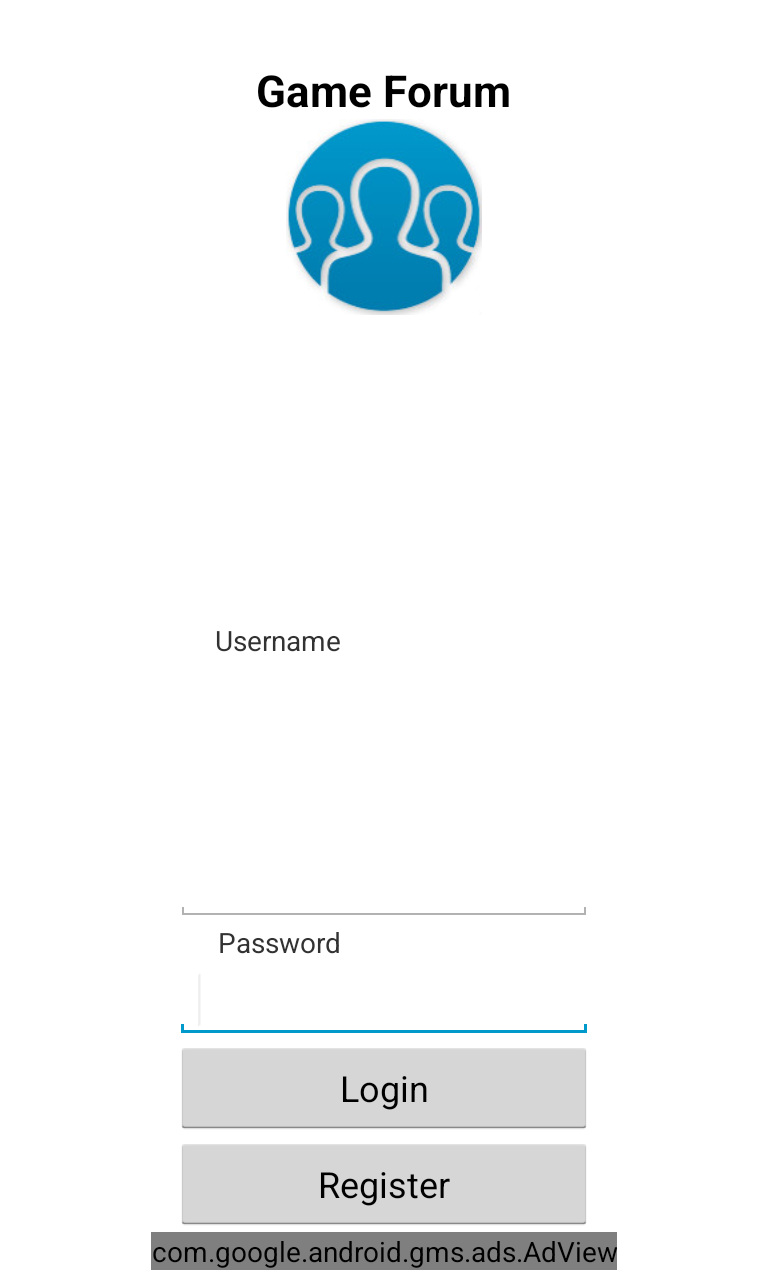
Repository: yuanpeixin/Project
Layout: GameForum/res/layout/login.xml
The author's editor kept a copy of each file at every save. The layout is drawn from the files as they stood at one save, then again after the next save.
Pictures or frames that could not be fetched are drawn as grey boxes. It is drawn on a 768 x 1280 px phone screen (xhdpi) without system bars, with theme AppTheme; the app's code is not run.

Above is the layout before, as saved 2015-10-06 07:00:40.

### GameForum/res/layout/login.xml
<?xml version="1.0" encoding="utf-8"?>
<RelativeLayout xmlns:android="http://schemas.android.com/apk/res/android"
    xmlns:ads="http://schemas.android.com/apk/res-auto"
    xmlns:tools="http://schemas.android.com/tools"
    android:layout_width="match_parent"
    android:layout_height="match_parent" >

    <com.google.android.gms.ads.AdView
        android:id="@+id/adView"
        android:layout_width="wrap_content"
        android:layout_height="wrap_content"
        android:layout_alignParentBottom="true"
        android:layout_centerHorizontal="true"
        android:layout_marginBottom="5dp"
        ads:adSize="BANNER"
        ads:adUnitId="@string/banner_ad_unit_id" >
    </com.google.android.gms.ads.AdView>

    <Button
        android:id="@+id/register"
        android:layout_width="wrap_content"
        android:layout_height="wrap_content"
        android:layout_above="@+id/adView"
        android:layout_alignLeft="@+id/login"
        android:layout_alignRight="@+id/login"
        android:text="Register" />

    <Button
        android:id="@+id/login"
        android:layout_width="wrap_content"
        android:layout_height="wrap_content"
        android:layout_above="@+id/register"
        android:layout_alignLeft="@+id/password"
        android:layout_alignRight="@+id/password"
        android:text="Login" />

    <EditText
        android:id="@+id/password"
        android:layout_width="wrap_content"
        android:layout_height="wrap_content"
        android:layout_above="@+id/login"
        android:layout_centerHorizontal="true"
        android:ems="10"
        android:inputType="textPassword" >

        <requestFocus />
    </EditText>

    <TextView
        android:id="@+id/textView2"
        android:layout_width="wrap_content"
        android:layout_height="wrap_content"
        android:layout_alignParentTop="true"
        android:layout_centerHorizontal="true"
        android:layout_marginTop="30dp"
        android:gravity="center"
        android:text="Game Forum"
        android:textAppearance="?android:attr/textAppearanceLarge"
        android:textStyle="bold" />

    <ImageView
        android:id="@+id/imageView1"
        android:layout_width="wrap_content"
        android:layout_height="wrap_content"
        android:layout_below="@+id/textView2"
        android:layout_centerHorizontal="true"
        android:src="@drawable/forum_icon" />

    <TextView
        android:id="@+id/TextView01"
        android:layout_width="wrap_content"
        android:layout_height="wrap_content"
        android:layout_above="@+id/password"
        android:layout_alignLeft="@+id/password"
        android:layout_marginLeft="22dp"
        android:text="Password" />

    <EditText
        android:id="@+id/username"
        android:layout_width="wrap_content"
        android:layout_height="wrap_content"
        android:layout_above="@+id/TextView01"
        android:layout_centerHorizontal="true"
        android:ems="10" />

    <TextView
        android:id="@+id/textView1"
        android:layout_width="wrap_content"
        android:layout_height="wrap_content"
        android:layout_alignRight="@+id/TextView01"
        android:layout_centerVertical="true"
        android:text="Username" />

</RelativeLayout>

### GameForum/res/values/styles.xml
<resources>

    <!--
        Base application theme, dependent on API level. This theme is replaced
        by AppBaseTheme from res/values-vXX/styles.xml on newer devices.

    -->
    <style name="AppBaseTheme" parent="android:Theme.Light">
        <!--
            Theme customizations available in newer API levels can go in
            res/values-vXX/styles.xml, while customizations related to
            backward-compatibility can go here.

        -->
    </style>

    <!-- Application theme. -->
    <style name="AppTheme" parent="AppBaseTheme">
        <!-- All customizations that are NOT specific to a particular API-level can go here. -->
    </style>

    <style name="WhiteText">
        <item name="android:layout_width">fill_parent</item>
        <item name="android:layout_height">wrap_content</item>
        <item name="android:textColor">#ffffff</item>
        <item name="android:gravity">center</item>
        <item name="android:layout_margin">1dp</item>
        <item name="android:textSize">18sp</item>
        <item name="android:textStyle">bold</item>
        <item name="android:shadowColor">#000000</item>
        <item name="android:shadowDx">1</item>
        <item name="android:shadowDy">1</item>
        <item name="android:shadowRadius">2</item>
    </style>

    <style name="BlackText">
        <item name="android:layout_width">fill_parent</item>
        <item name="android:layout_height">wrap_content</item>
        <item name="android:textColor">#000000</item>
        <item name="android:gravity">center</item>
        <item name="android:layout_margin">5dp</item>
        <item name="android:textSize">25sp</item>
        <item name="android:textStyle">bold</item>
        <item name="android:shadowColor">#ffffff</item>
        <item name="android:shadowDx">1</item>
        <item name="android:shadowDy">1</item>
        <item name="android:shadowRadius">2</item>
    </style>



</resources>

### GameForum/res/values/strings.xml
<resources>

    <string name="app_name">GameForum</string>
    <string name="username_textview">Username:</string>
    <string name="password_textview">Password:</string>
    <string name="submit">Submit</string>

    <!-- string ids for home.xml -->
    <string name="post_comment">Post Comment</string>
    <string name="read_comments_title">Recent Comments</string>
    <string name="passwords_not_same">Passwords don\'t match</string>
	<string name="banner_ad_unit_id">ca-app-pub-3673983865885023/6245257391</string>
</resources>

Loaded but not shown: GameForum/res/values-v11/styles.xml (common file); GameForum/res/values-v14/styles.xml (common file)

After the next save:
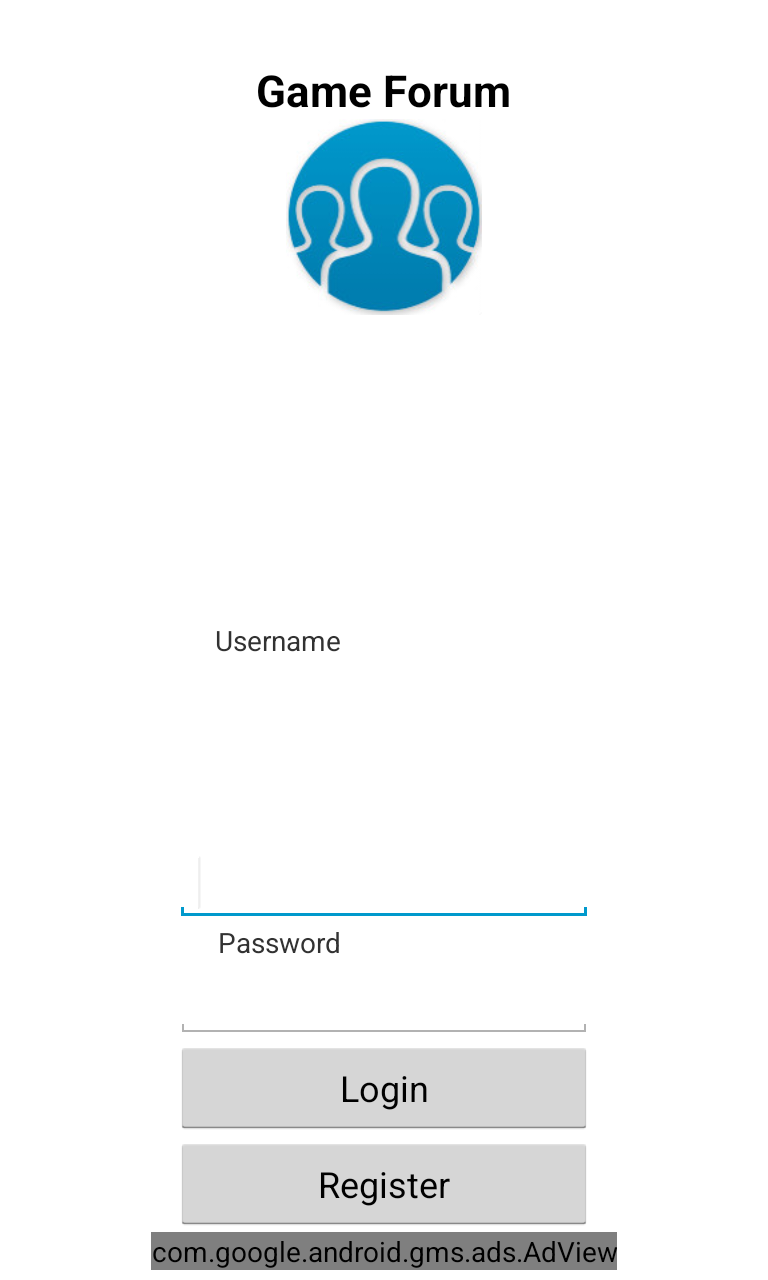
Saved 2 min 7 s later.
--- a/GameForum/res/layout/login.xml
+++ b/GameForum/res/layout/login.xml
@@ -42,8 +42,6 @@
         android:layout_centerHorizontal="true"
         android:ems="10"
         android:inputType="textPassword" >
-
-        <requestFocus />
     </EditText>
 
     <TextView
@@ -81,7 +79,10 @@
         android:layout_height="wrap_content"
         android:layout_above="@+id/TextView01"
         android:layout_centerHorizontal="true"
-        android:ems="10" />
+        android:ems="10" >
+
+        <requestFocus />
+    </EditText>
 
     <TextView
         android:id="@+id/textView1"
